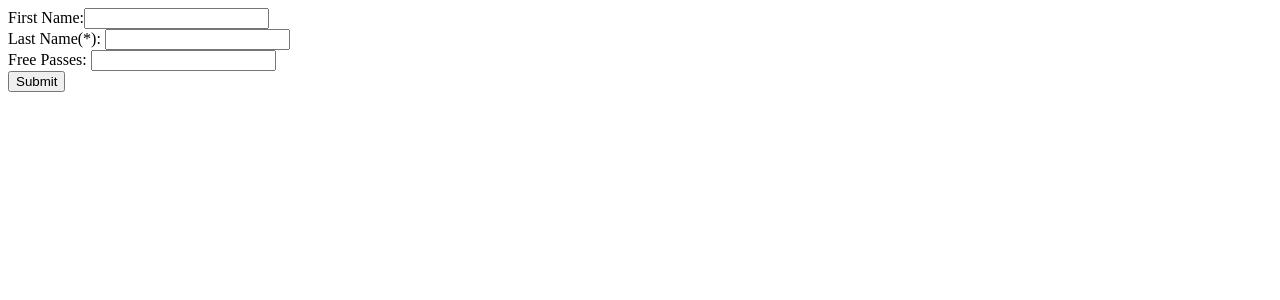
Repository: trungphan47/Backend
Page: http://localhost/test/customer/showForm
These files come from the project's save history. The page is drawn as it stood at one moment and after the next save; the edit follows.
The browser window is 1280 px wide. The pictures show the whole page.
The page is served by Tomcat 9.

Above is the page before, as saved 2021-10-31 09:04:32.

After the next save:
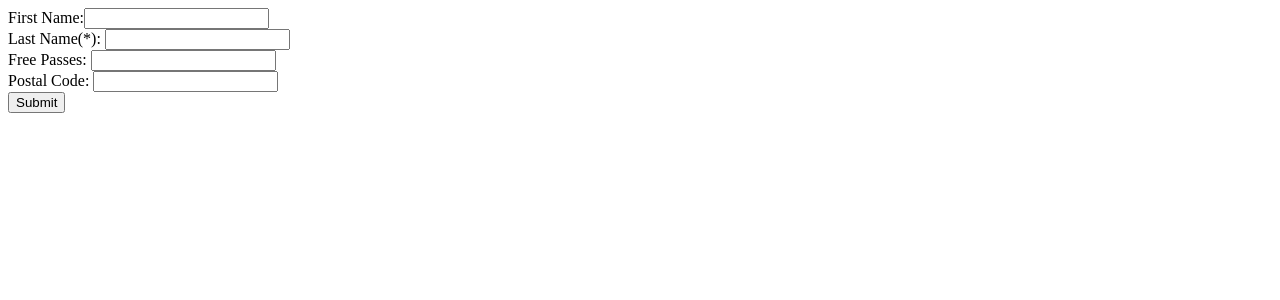
Saved 81 s later.
--- a/test/src/main/webapp/WEB-INF/view/customer-form.jsp
+++ b/test/src/main/webapp/WEB-INF/view/customer-form.jsp
@@ -21,6 +21,9 @@ Last Name(*): <form:input path="lastName" />
 		<form:errors path="freePasses" cssClass="error"></form:errors>
 		<br>
 
+		Postal Code: <form:input path="postalCode" />
+		<form:errors path="postalCode" cssClass="error"></form:errors>
+		<br>
 		<input type="submit" value="Submit">
 	</form:form>
 
